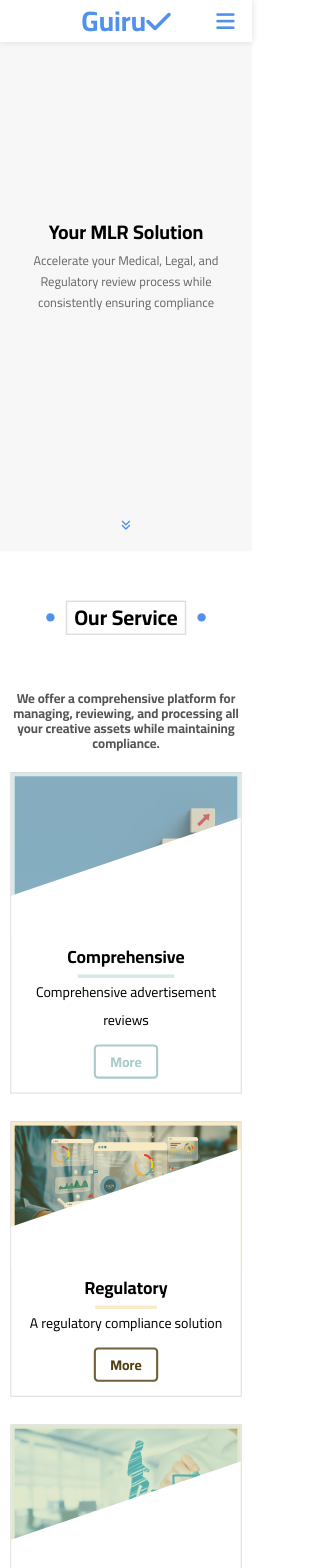
Repository: AsmaaAlothman/Templet-1-website
Page: home.html
These files come from the project's save history. The page is drawn as it stood at one moment and after the next save; the edit follows.
The browser window is 360 px wide. The page is 475 px wide, so the pictures cover 475 px, including what lies to the right of the window. The pictures show the part of the page from y = 0 to 2240 px (the page is 4979 px tall before and 5009 px after), at 70% of full size.

Above is the page before, as saved 2024-08-31 23:30:39.

After the next save:
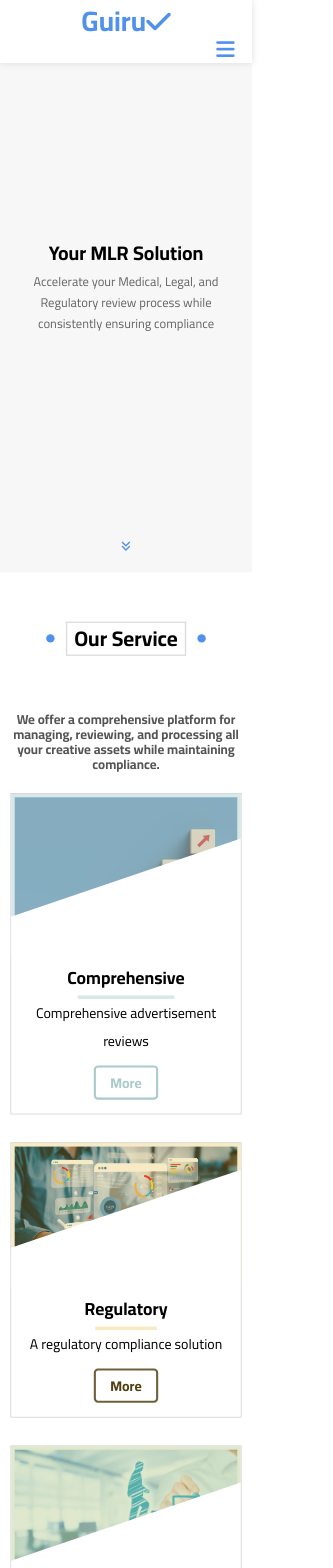
Saved 6 s later.
--- a/css/home.css
+++ b/css/home.css
@@ -279,7 +279,7 @@ img {
 
 @media (max-width:360px) {
     .check-btn {
-        po
+        position: relative;
     }
 }
 
